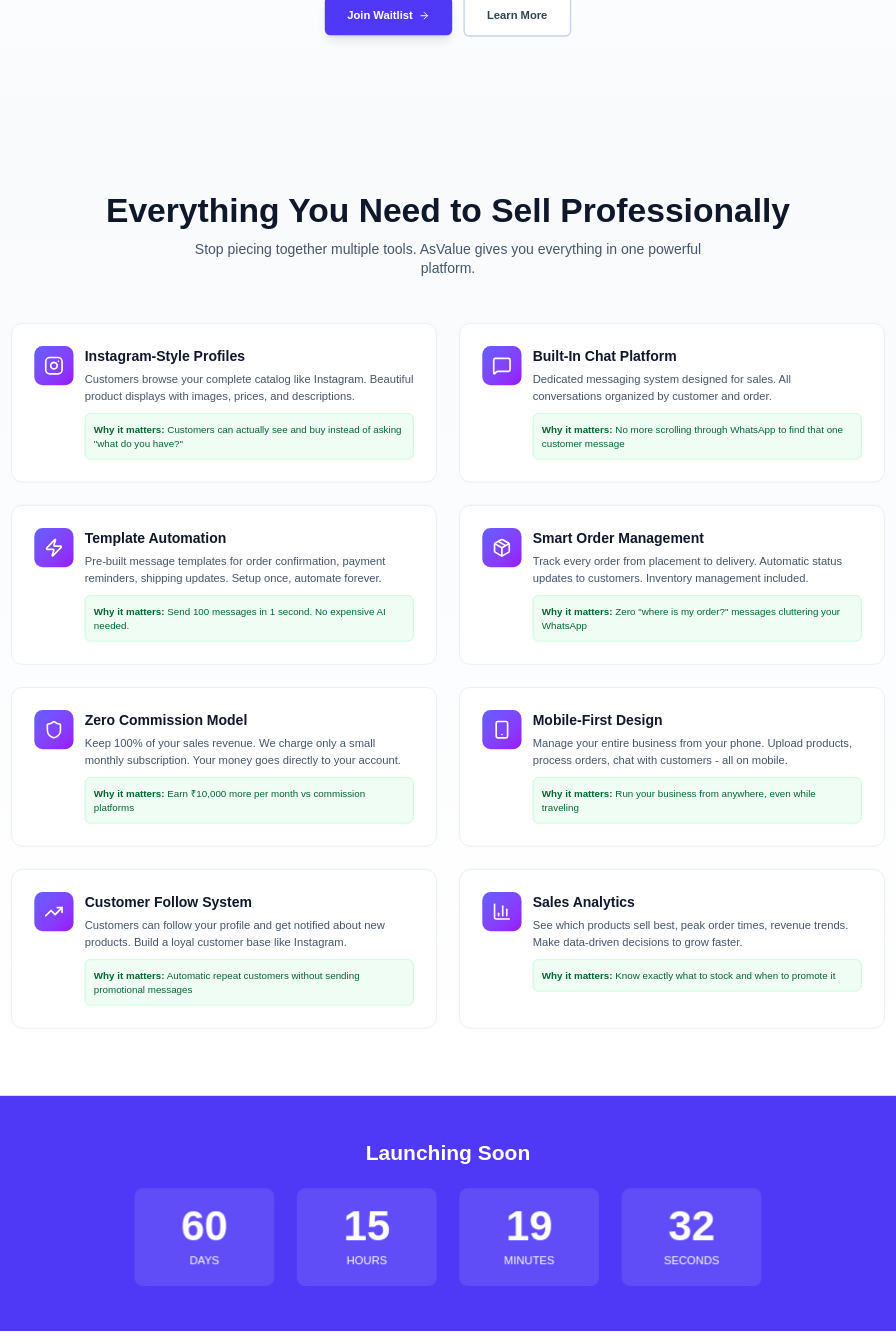
Repository: vikkii2005/asvalue-waitlist
Page: /
The author's editor kept a copy of each file at every save. The page is drawn from the files as they stood at one save, then again after the next save.
The browser window is 1280 px wide. The pictures show the part of the page from y = 539 to 2459 px (the page is 3426 px tall before and 2702 px after), at 70% of full size.
The page's requests for data from a server got no answer. The project was rebuilt for these pictures with package versions that can differ from the ones it lists, and the page was loaded fresh each time. The framework's server and built-in components were replaced by stand-ins that run in the browser. No one was signed in, and anything a server would have sent is missing. Also part of the build but not shown: next.config.ts, components/ReferralDashboard.tsx.

Above is the page before, as saved 2025-10-31 09:04:00.

### app/layout.tsx
import { Analytics } from '@vercel/analytics/react'
import type { Metadata } from 'next'
import type { ReactNode } from 'react'

import './globals.css'

export const metadata: Metadata = {
  title: 'AsValue - Professional WhatsApp Selling Platform',
  description: 'Sell on WhatsApp professionally with automated templates, order tracking, and zero commission. Join the waitlist.',
  openGraph: {
    title: 'AsValue - Professional WhatsApp Selling',
    description: 'Zero commission WhatsApp selling platform',
    url: 'https://asvalue.com',
  },
}

export default function RootLayout({
  children,
}: {
  children: ReactNode
}) {
  return (
    <html lang="en">
      <body className="antialiased bg-white">
        {children}
        <Analytics />
      </body>
    </html>
  )
}

### app/page.tsx
import Hero from '@/components/Hero'
import Features from '@/components/Features'
import WaitlistForm from '@/components/WaitlistForm'
import CountdownTimer from '@/components/CountdownTimer'

export default function Home() {
  return (
    <main className="min-h-screen">
      <Hero />
      <Features />
      <CountdownTimer />
      <WaitlistForm />

      {/* Footer */}
      <footer className="bg-gray-900 text-white py-12 px-4">
        <div className="max-w-6xl mx-auto text-center">
          <h3 className="text-2xl font-bold mb-4">AsValue.com</h3>
          <p className="text-gray-400">
            Professional WhatsApp selling platform • Zero commission • Subscription-based
          </p>
          <p className="text-gray-500 mt-4 text-sm">
            © 2025 AsValue. All rights reserved.
          </p>
        </div>
      </footer>
    </main>
  )
}

### components/Hero.tsx
'use client'

import { ArrowRight } from 'lucide-react'

export default function Hero() {
  return (
    <section className="relative min-h-screen flex items-center justify-center bg-linear-to-b from-slate-50 via-white to-slate-50 px-4 overflow-hidden">
      {/* Background Gradient Orbs */}
      <div className="absolute top-0 left-1/4 w-96 h-96 bg-indigo-200 rounded-full mix-blend-multiply filter blur-3xl opacity-20 animate-blob"></div>
      <div className="absolute top-0 right-1/4 w-96 h-96 bg-purple-200 rounded-full mix-blend-multiply filter blur-3xl opacity-20 animate-blob animation-delay-2000"></div>

      <div className="relative max-w-6xl mx-auto">
        {/* Main Content */}
        <div className="text-center max-w-4xl mx-auto">
          <h1 className="text-5xl md:text-6xl font-bold text-slate-900 mb-6 leading-tight">
            Stop Losing Time on WhatsApp
            <br />
            <span className="bg-linear-to-r from-indigo-600 to-purple-600 bg-clip-text text-transparent">
              Start Selling Smart
            </span>
          </h1>

          <p className="text-lg md:text-xl text-slate-600 mb-6 max-w-3xl mx-auto leading-relaxed">
            AsValue gives WhatsApp sellers the tools they need: automated message templates, order tracking, and a professional seller profile. Keep 100% of your revenue.
          </p>

          <p className="text-base text-slate-500 mb-10 max-w-2xl mx-auto">
            Built for Indian WhatsApp sellers who want to sell more, faster, without the chaos.
          </p>

          {/* CTA Buttons */}
          <div className="flex flex-col sm:flex-row items-center justify-center gap-4">
            <button
              onClick={() => document.getElementById('waitlist-form')?.scrollIntoView({ behavior: 'smooth' })}
              className="group bg-indigo-600 hover:bg-indigo-700 text-white px-8 py-4 rounded-lg font-semibold text-base flex items-center gap-2 transition-all shadow-lg hover:shadow-xl"
            >
              Join Waitlist
              <ArrowRight className="w-4 h-4 group-hover:translate-x-1 transition-transform" />
            </button>
            <button
              onClick={() => document.getElementById('features')?.scrollIntoView({ behavior: 'smooth' })}
              className="bg-white hover:bg-slate-50 text-slate-700 border-2 border-slate-300 px-8 py-4 rounded-lg font-semibold text-base transition-all"
            >
              Learn More
            </button>
          </div>
        </div>
      </div>
    </section>
  )
}

### components/Features.tsx
import { Instagram, MessageSquare, Zap, TrendingUp, Shield, Smartphone, Package, BarChart3 } from 'lucide-react'

const features = [
  {
    icon: Instagram,
    title: 'Instagram-Style Profiles',
    description: 'Customers browse your complete catalog like Instagram. Beautiful product displays with images, prices, and descriptions.',
    benefit: 'Customers can actually see and buy instead of asking "what do you have?"'
  },
  {
    icon: MessageSquare,
    title: 'Built-In Chat Platform',
    description: 'Dedicated messaging system designed for sales. All conversations organized by customer and order.',
    benefit: 'No more scrolling through WhatsApp to find that one customer message'
  },
  {
    icon: Zap,
    title: 'Template Automation',
    description: 'Pre-built message templates for order confirmation, payment reminders, shipping updates. Setup once, automate forever.',
    benefit: 'Send 100 messages in 1 second. No expensive AI needed.'
  },
  {
    icon: Package,
    title: 'Smart Order Management',
    description: 'Track every order from placement to delivery. Automatic status updates to customers. Inventory management included.',
    benefit: 'Zero "where is my order?" messages cluttering your WhatsApp'
  },
  {
    icon: Shield,
    title: 'Zero Commission Model',
    description: 'Keep 100% of your sales revenue. We charge only a small monthly subscription. Your money goes directly to your account.',
    benefit: 'Earn ₹10,000 more per month vs commission platforms'
  },
  {
    icon: Smartphone,
    title: 'Mobile-First Design',
    description: 'Manage your entire business from your phone. Upload products, process orders, chat with customers - all on mobile.',
    benefit: 'Run your business from anywhere, even while traveling'
  },
  {
    icon: TrendingUp,
    title: 'Customer Follow System',
    description: 'Customers can follow your profile and get notified about new products. Build a loyal customer base like Instagram.',
    benefit: 'Automatic repeat customers without sending promotional messages'
  },
  {
    icon: BarChart3,
    title: 'Sales Analytics',
    description: 'See which products sell best, peak order times, revenue trends. Make data-driven decisions to grow faster.',
    benefit: 'Know exactly what to stock and when to promote it'
  }
]

export default function Features() {
  return (
    <section className="py-24 px-4 bg-gradient-to-b from-slate-50 to-white">
      <div className="max-w-7xl mx-auto">
        <div className="text-center mb-16">
          <h2 className="text-5xl font-bold text-slate-900 mb-4">
            Everything You Need to Sell Professionally
          </h2>
          <p className="text-xl text-slate-600 max-w-3xl mx-auto">
            Stop piecing together multiple tools. AsValue gives you everything in one powerful platform.
          </p>
        </div>

        <div className="grid md:grid-cols-2 gap-8">
          {features.map((feature, index) => (
            <div
              key={index}
              className="group bg-white p-8 rounded-2xl border border-slate-200 hover:border-indigo-300 hover:shadow-xl transition-all duration-300"
            >
              <div className="flex items-start gap-4">
                <div className="flex-shrink-0">
                  <div className="w-14 h-14 bg-gradient-to-br from-indigo-500 to-purple-600 rounded-xl flex items-center justify-center group-hover:scale-110 transition-transform">
                    <feature.icon className="w-7 h-7 text-white" />
                  </div>
                </div>
                <div className="flex-1">
                  <h3 className="text-xl font-bold text-slate-900 mb-2">{feature.title}</h3>
                  <p className="text-slate-600 mb-3">{feature.description}</p>
                  <div className="bg-green-50 border border-green-200 rounded-lg p-3">
                    <p className="text-sm font-medium text-green-800">
                      <strong>Why it matters:</strong> {feature.benefit}
                    </p>
                  </div>
                </div>
              </div>
            </div>
          ))}
        </div>
      </div>
    </section>
  )
}

### components/CountdownTimer.tsx
'use client'

import { useState, useEffect } from 'react'

export default function CountdownTimer() {
  const [timeLeft, setTimeLeft] = useState({
    days: 0,
    hours: 0,
    minutes: 0,
    seconds: 0
  })

  useEffect(() => {
    // Set your launch date here
    const launchDate = new Date('2025-12-31T00:00:00').getTime()

    const timer = setInterval(() => {
      const now = new Date().getTime()
      const distance = launchDate - now

      setTimeLeft({
        days: Math.floor(distance / (1000 * 60 * 60 * 24)),
        hours: Math.floor((distance % (1000 * 60 * 60 * 24)) / (1000 * 60 * 60)),
        minutes: Math.floor((distance % (1000 * 60 * 60)) / (1000 * 60)),
        seconds: Math.floor((distance % (1000 * 60)) / 1000)
      })
    }, 1000)

    return () => clearInterval(timer)
  }, [])

  return (
    <section className="py-16 px-4 bg-indigo-600 text-white">
      <div className="max-w-4xl mx-auto text-center">
        <h2 className="text-3xl font-bold mb-8">Launching Soon</h2>
        <div className="grid grid-cols-4 gap-4 md:gap-8">
          {Object.entries(timeLeft).map(([unit, value]) => (
            <div key={unit} className="bg-white/10 backdrop-blur rounded-xl p-6">
              <div className="text-4xl md:text-6xl font-bold">{value}</div>
              <div className="text-sm md:text-base uppercase mt-2">{unit}</div>
            </div>
          ))}
        </div>
      </div>
    </section>
  )
}

Loaded but not shown: app/globals.css (common file); lib/supabase.ts (common file); components/WaitlistForm.tsx (202 lines, source omitted)

After the next save:
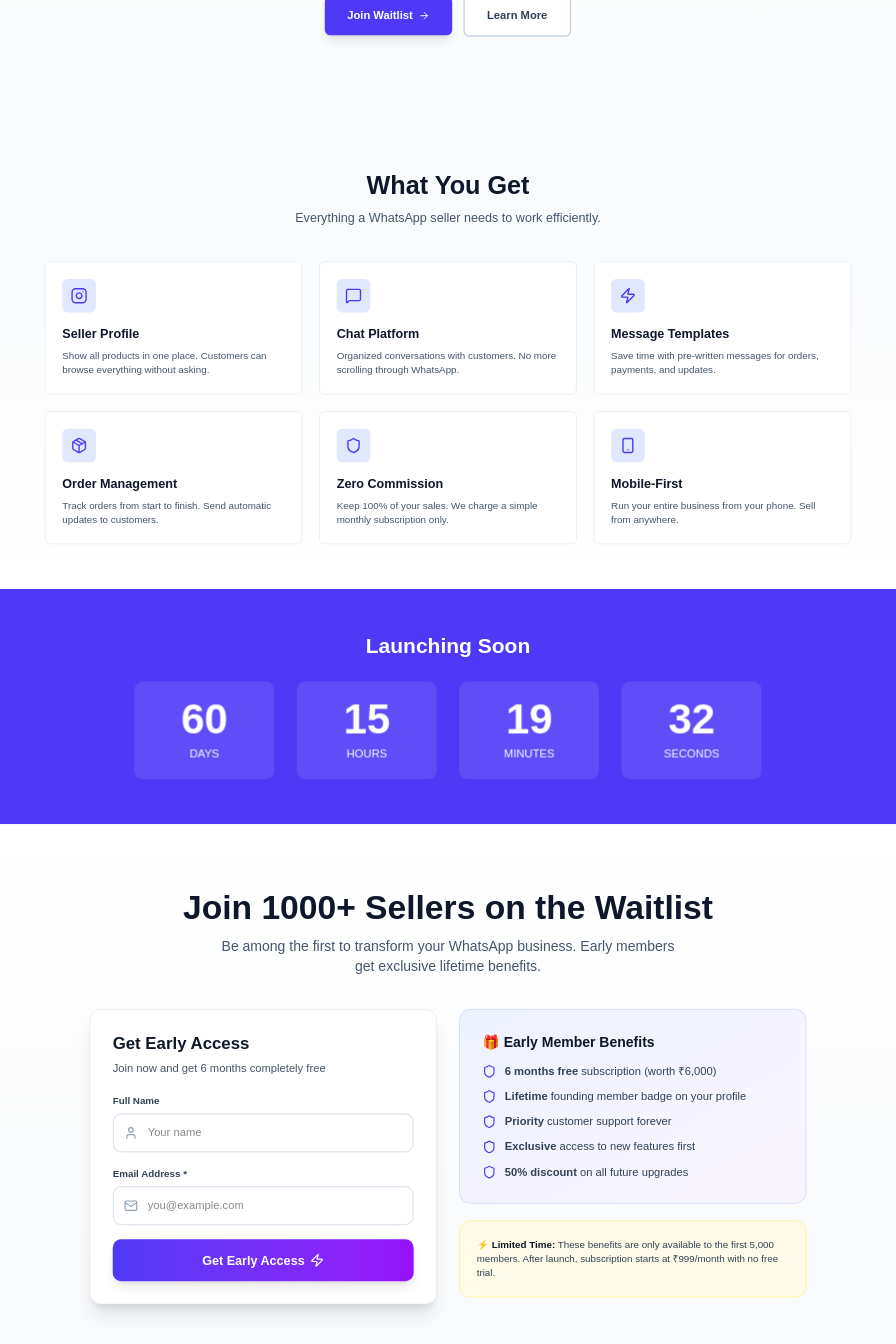
Saved 9 s later.
--- a/components/Features.tsx
+++ b/components/Features.tsx
@@ -1,91 +1,64 @@
-import { Instagram, MessageSquare, Zap, TrendingUp, Shield, Smartphone, Package, BarChart3 } from 'lucide-react'
+import { Instagram, MessageSquare, Zap, Package, Shield, Smartphone } from 'lucide-react'
 
 const features = [
   {
     icon: Instagram,
-    title: 'Instagram-Style Profiles',
-    description: 'Customers browse your complete catalog like Instagram. Beautiful product displays with images, prices, and descriptions.',
-    benefit: 'Customers can actually see and buy instead of asking "what do you have?"'
+    title: 'Seller Profile',
+    description: 'Show all products in one place. Customers can browse everything without asking.'
   },
   {
     icon: MessageSquare,
-    title: 'Built-In Chat Platform',
-    description: 'Dedicated messaging system designed for sales. All conversations organized by customer and order.',
-    benefit: 'No more scrolling through WhatsApp to find that one customer message'
+    title: 'Chat Platform',
+    description: 'Organized conversations with customers. No more scrolling through WhatsApp.'
   },
   {
     icon: Zap,
-    title: 'Template Automation',
-    description: 'Pre-built message templates for order confirmation, payment reminders, shipping updates. Setup once, automate forever.',
-    benefit: 'Send 100 messages in 1 second. No expensive AI needed.'
+    title: 'Message Templates',
+    description: 'Save time with pre-written messages for orders, payments, and updates.'
   },
   {
     icon: Package,
-    title: 'Smart Order Management',
-    description: 'Track every order from placement to delivery. Automatic status updates to customers. Inventory management included.',
-    benefit: 'Zero "where is my order?" messages cluttering your WhatsApp'
+    title: 'Order Management',
+    description: 'Track orders from start to finish. Send automatic updates to customers.'
   },
   {
     icon: Shield,
-    title: 'Zero Commission Model',
-    description: 'Keep 100% of your sales revenue. We charge only a small monthly subscription. Your money goes directly to your account.',
-    benefit: 'Earn ₹10,000 more per month vs commission platforms'
+    title: 'Zero Commission',
+    description: 'Keep 100% of your sales. We charge a simple monthly subscription only.'
   },
   {
     icon: Smartphone,
-    title: 'Mobile-First Design',
-    description: 'Manage your entire business from your phone. Upload products, process orders, chat with customers - all on mobile.',
-    benefit: 'Run your business from anywhere, even while traveling'
-  },
-  {
-    icon: TrendingUp,
-    title: 'Customer Follow System',
-    description: 'Customers can follow your profile and get notified about new products. Build a loyal customer base like Instagram.',
-    benefit: 'Automatic repeat customers without sending promotional messages'
-  },
-  {
-    icon: BarChart3,
-    title: 'Sales Analytics',
-    description: 'See which products sell best, peak order times, revenue trends. Make data-driven decisions to grow faster.',
-    benefit: 'Know exactly what to stock and when to promote it'
+    title: 'Mobile-First',
+    description: 'Run your entire business from your phone. Sell from anywhere.'
   }
 ]
 
 export default function Features() {
   return (
-    <section className="py-24 px-4 bg-gradient-to-b from-slate-50 to-white">
-      <div className="max-w-7xl mx-auto">
-        <div className="text-center mb-16">
-          <h2 className="text-5xl font-bold text-slate-900 mb-4">
-            Everything You Need to Sell Professionally
+    <section id="features" className="py-16 px-4 bg-linear-to-b from-slate-50 to-white">
+      <div className="max-w-6xl mx-auto">
+        <div className="text-center mb-12">
+          <h2 className="text-4xl font-bold text-slate-900 mb-3">
+            What You Get
           </h2>
-          <p className="text-xl text-slate-600 max-w-3xl mx-auto">
-            Stop piecing together multiple tools. AsValue gives you everything in one powerful platform.
+          <p className="text-lg text-slate-600">
+            Everything a WhatsApp seller needs to work efficiently.
           </p>
         </div>
 
-        <div className="grid md:grid-cols-2 gap-8">
+        <div className="grid md:grid-cols-2 lg:grid-cols-3 gap-6">
           {features.map((feature, index) => (
             <div
               key={index}
-              className="group bg-white p-8 rounded-2xl border border-slate-200 hover:border-indigo-300 hover:shadow-xl transition-all duration-300"
+              className="bg-white p-6 rounded-lg border border-slate-200 hover:border-indigo-300 hover:shadow-md transition-all"
             >
-              <div className="flex items-start gap-4">
-                <div className="flex-shrink-0">
-                  <div className="w-14 h-14 bg-gradient-to-br from-indigo-500 to-purple-600 rounded-xl flex items-center justify-center group-hover:scale-110 transition-transform">
-                    <feature.icon className="w-7 h-7 text-white" />
-                  </div>
-                </div>
-                <div className="flex-1">
-                  <h3 className="text-xl font-bold text-slate-900 mb-2">{feature.title}</h3>
-                  <p className="text-slate-600 mb-3">{feature.description}</p>
-                  <div className="bg-green-50 border border-green-200 rounded-lg p-3">
-                    <p className="text-sm font-medium text-green-800">
-                      <strong>Why it matters:</strong> {feature.benefit}
-                    </p>
-                  </div>
+              <div className="shrink-0">
+                <div className="w-12 h-12 bg-indigo-100 rounded-lg flex items-center justify-center mb-4">
+                  <feature.icon className="w-6 h-6 text-indigo-600" />
                 </div>
               </div>
+              <h3 className="text-lg font-semibold text-slate-900 mb-2">{feature.title}</h3>
+              <p className="text-sm text-slate-600">{feature.description}</p>
             </div>
           ))}
         </div>
